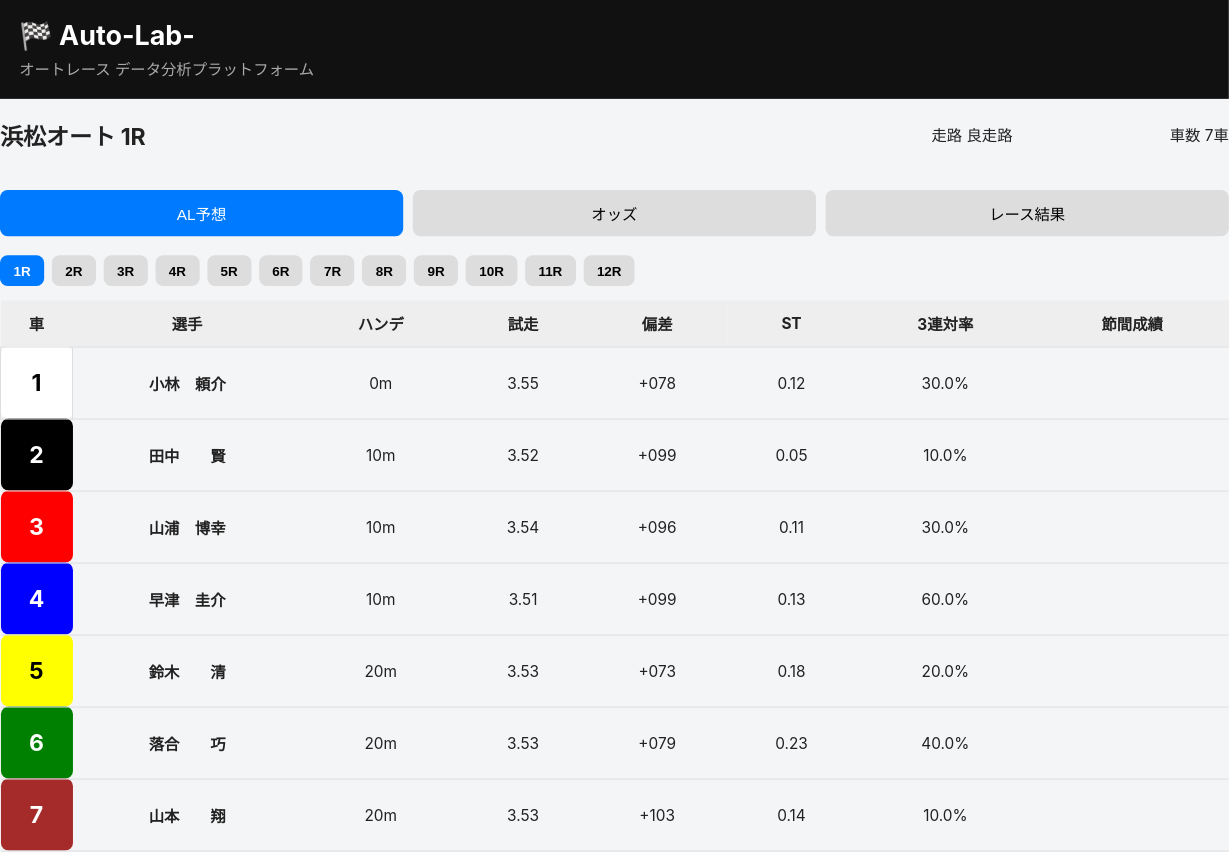
Repository: autorace-lab/Auto-Lab--main
Page: race.html
The author's editor kept a copy of each file at every save. The page is drawn from the files as they stood at one save, then again after the next save.
The browser window is 1280 px wide. The pictures show the whole page, at 96% of full size.

Above is the page before, as saved 2026-08-05 16:11:40.

After the next save:
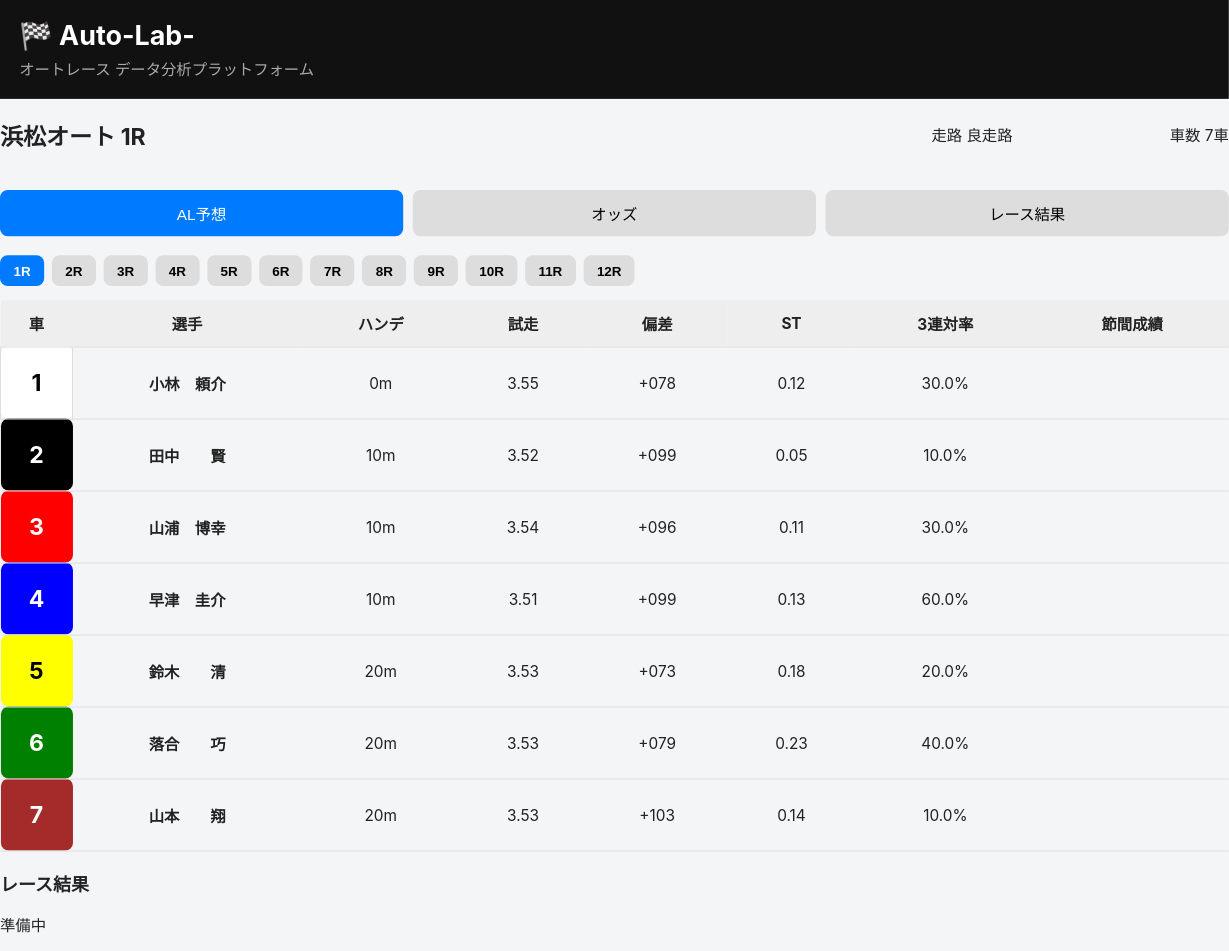
Saved 33 s later.
--- a/race.html
+++ b/race.html
@@ -126,6 +126,10 @@
     <tbody id="raceTable"></tbody>
   </table>
 </div>
+<div id="result" class="tab-content">
+  <h3>レース結果</h3>
+  <p>準備中</p>
+</div>
 
 <div id="odds" class="tab-content" style="display:none;">
   <h3>オッズ</h3>
